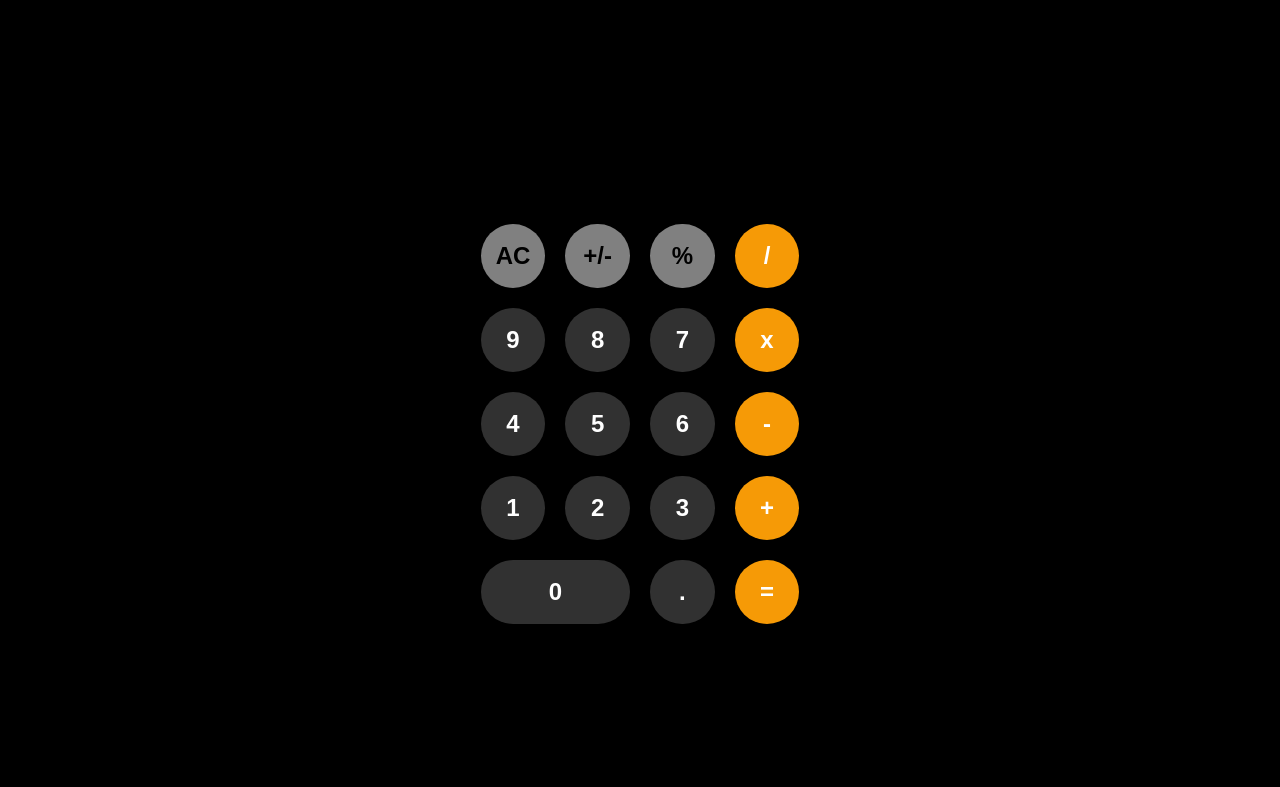
Repository: ble-syn/reactCalculator
Page: /
These files come from the project's save history. The page is drawn as it stood at one moment and after the next save; the edit follows.
The browser window is 1280 px wide. The pictures show the whole page.
The project was rebuilt for these pictures with package versions that can differ from the ones it lists, and the page was loaded fresh each time.

Above is the page before, as saved 2022-10-06 16:35:22.

After the next save:
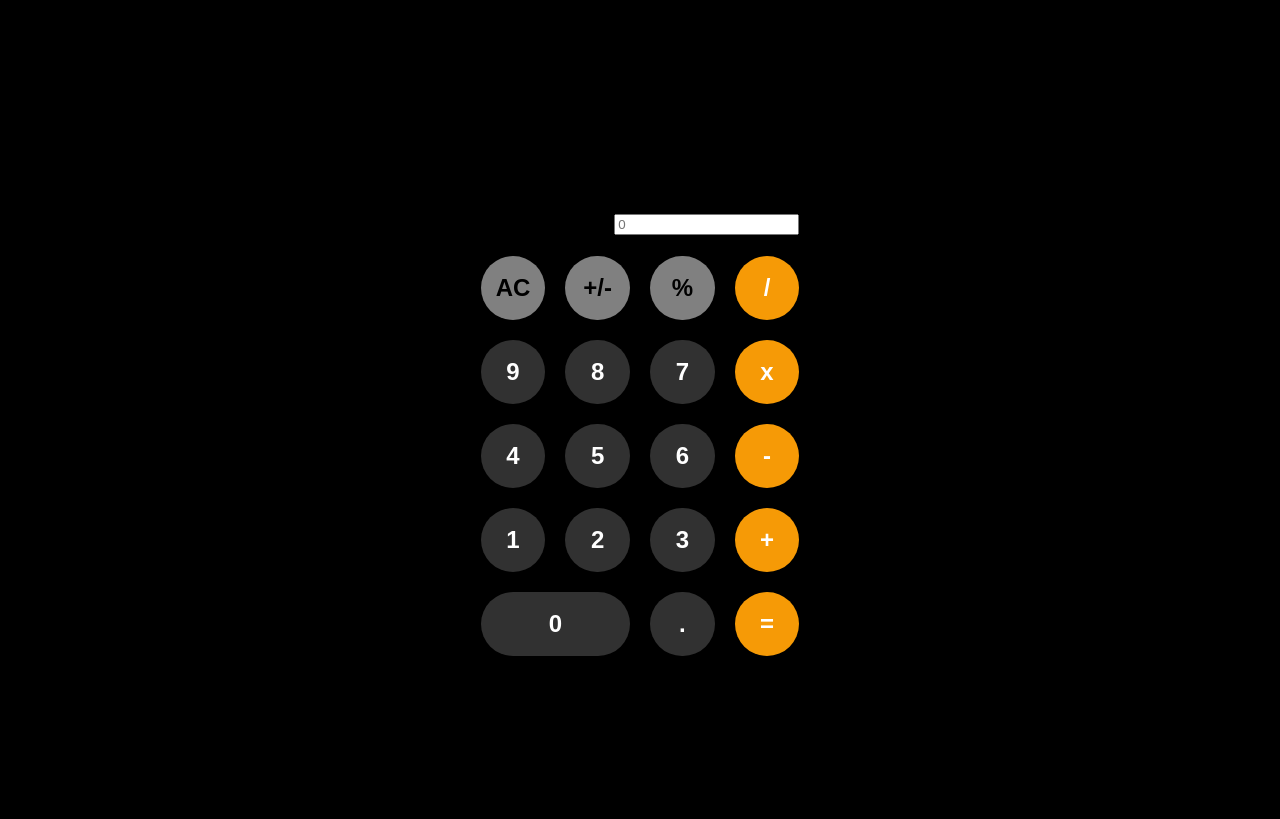
Saved 41 s later.
--- a/src/App.js
+++ b/src/App.js
@@ -20,7 +20,7 @@ const equals = () => {
   return (
     <main id="container">
       <div class="calculator">
-          <div id="calculator-display" placeholder="0">{numDisplay}</div>
+          <div id="calculator-display"><input type="text" placeholder="0" /></div>
 
           <div class="calculator-keys">
               <button onClick={reset} value=" " class="gray">AC</button>
